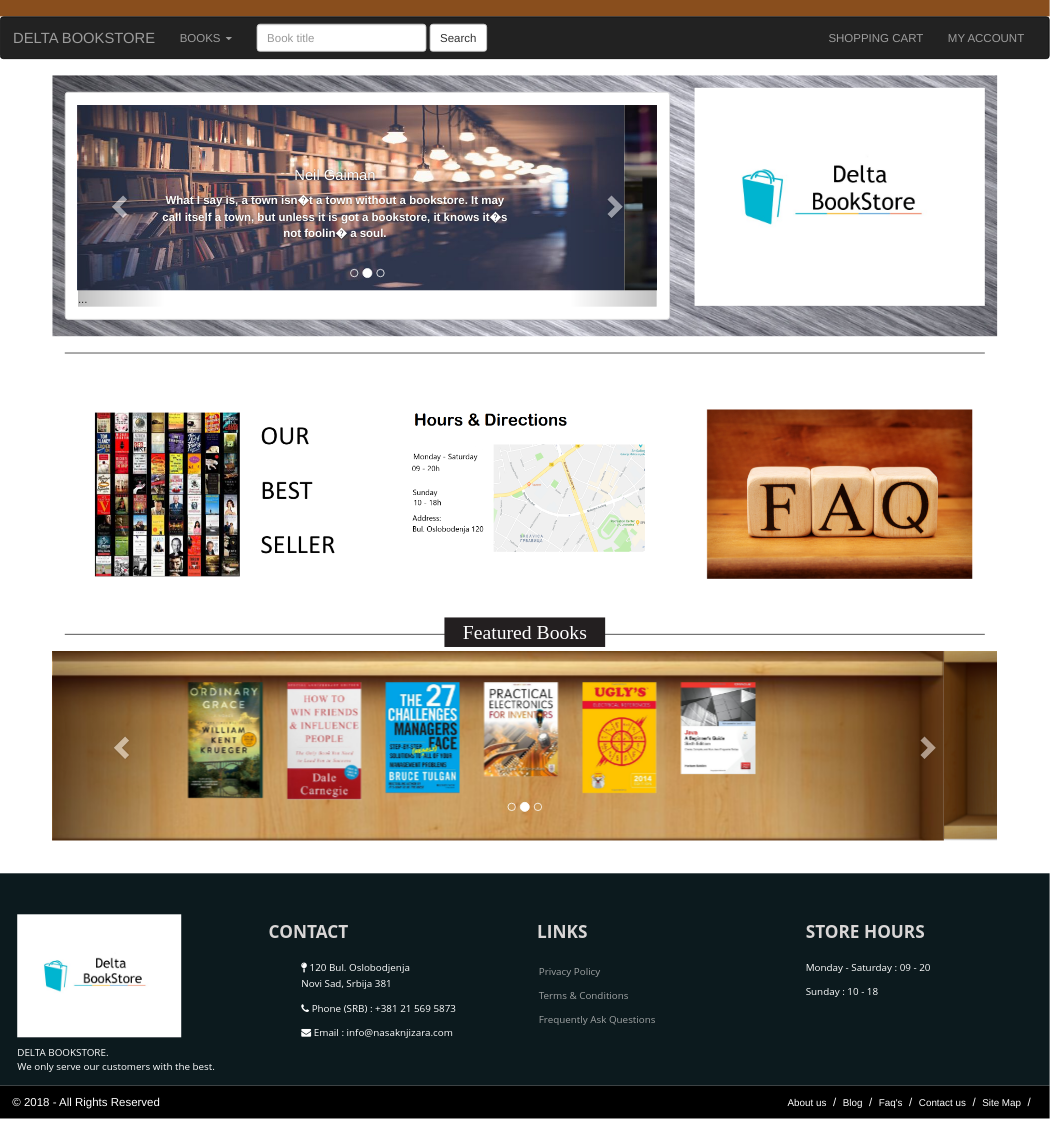
Repository: lazarsimic/bookstore
Page: http://localhost/index
These files come from the project's save history. The page is drawn as it stood at one moment and after the next save; the edit follows.
The browser window is 1280 px wide. The page is 1295 px wide, so the pictures cover 1295 px, including what lies to the right of the window. The pictures show the whole page, at 82% of full size.
The page is this project's Thymeleaf template; nobody is signed in. The template is opened directly, without the code that normally fills it, so the values that code supplies are empty.

Above is the page before, as saved 2018-10-31 14:04:02.

After the next save:
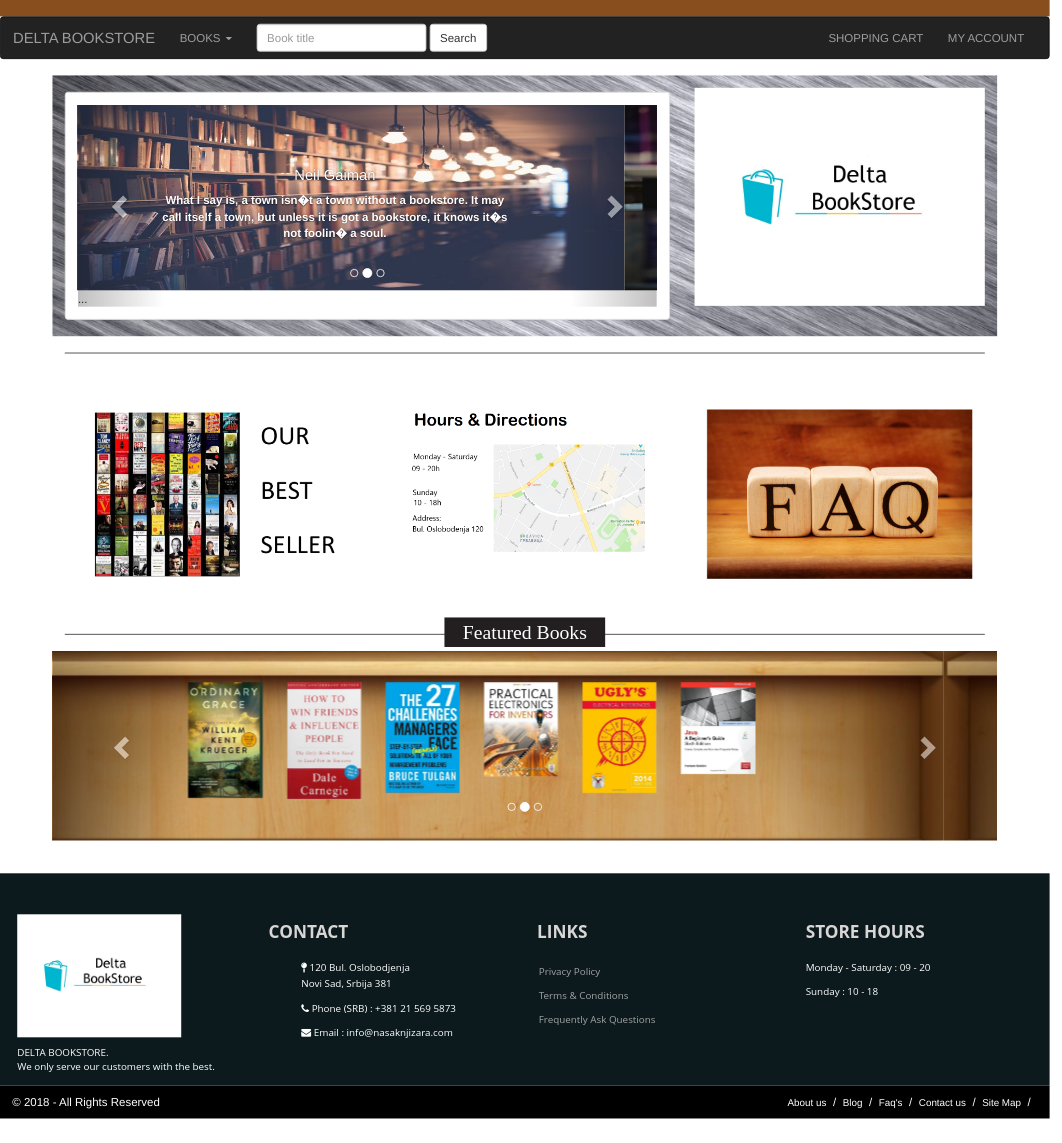
Saved 55 s later.
--- a/Bookstore/src/main/resources/templates/index.html
+++ b/Bookstore/src/main/resources/templates/index.html
@@ -148,7 +148,7 @@
 						</div>
 					</div>
 					<div class="item">
-						<img src="/image/shelf.png" class="img-responsive" />
+						<img src="/image/bookshelf.png" class="img-responsive" />
 						<div class="carousel-caption">
 							<div class="row">
 								<div class="col-xs-2">
@@ -173,7 +173,7 @@
 						</div>
 					</div>
 					<div class="item">
-						<img src="/image/shelf.png" class="img-responsive" />
+						<img src="/image/bookshelf.png" class="img-responsive" />
 						<div class="carousel-caption">
 							<div class="row">
 								<div class="col-xs-2">
